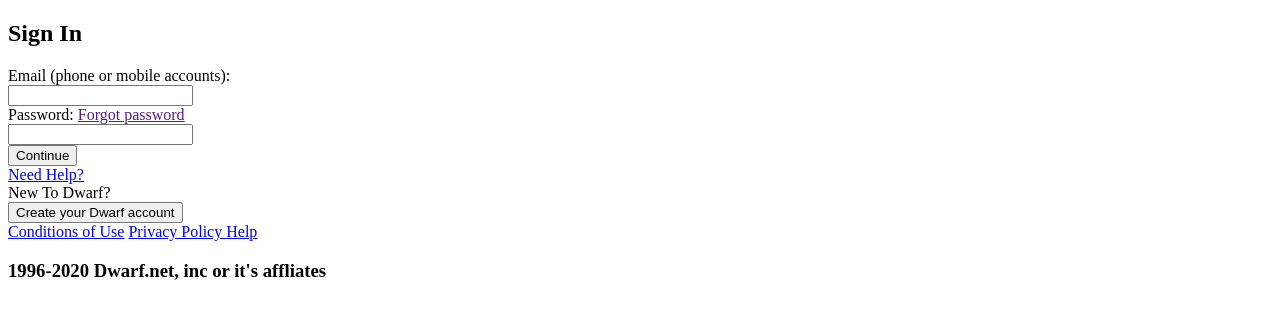
Repository: brittmarie333/replica
Page: index.html
These files come from the project's save history. The page is drawn as it stood at one moment and after the next save; the edit follows.
The browser window is 1280 px wide. The pictures show the whole page.

Above is the page before, as saved 2023-11-12 18:28:32.

### index.html
<!DOCTYPE html>
<html lang="en">
<head>
    <meta charset="UTF-8">
    <meta name="viewport" content="width=device-width, initial-scale=1.0">
    <title>Log in</title>
</head>
<body>
    <h2>Sign In</h2>
    <form action="/data.php">
        <label for="username">Email (phone or mobile accounts):</label><br>
        <input type="text" id="fname" name="fname"><br>
        <label for="pword">Password: </label> <text align="right"><a href="">Forgot password</a></text><br>
        <input type="text" id="lname" name="lname" ><br>
        <button>Continue</button>
        <br>
        <a href="http">Need Help?</a>
      </form>
      New To Dwarf?
      <br>
      <button id="create">Create your Dwarf account</button>
      <br>
      <a href="http"> Conditions of Use</a>
      <a href="http"> Privacy Policy </a>
      <a href="http"> Help </a>
      <br>
      <h3> 1996-2020 Dwarf.net, inc or it's affliates</h3>

</body>
</html>

After the next save:
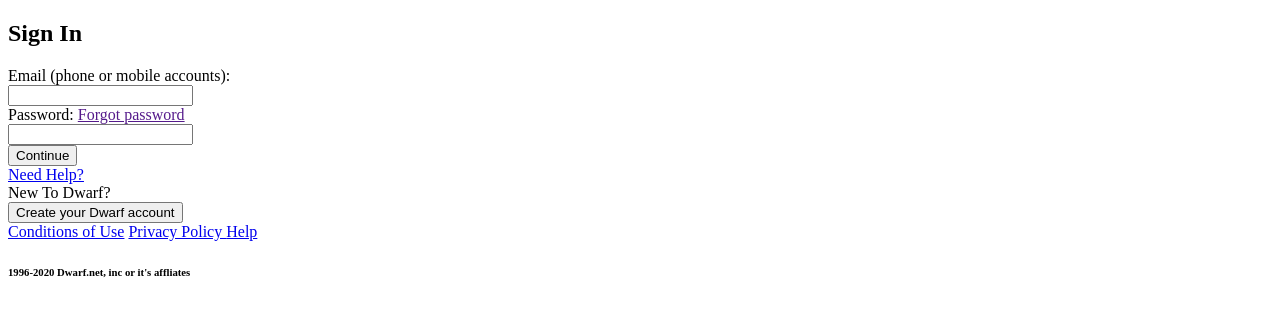
Saved 9 s later.
--- a/index.html
+++ b/index.html
@@ -24,7 +24,7 @@
       <a href="http"> Privacy Policy </a>
       <a href="http"> Help </a>
       <br>
-      <h3> 1996-2020 Dwarf.net, inc or it's affliates</h3>
+      <h6> 1996-2020 Dwarf.net, inc or it's affliates</h3>
 
 </body>
 </html>
